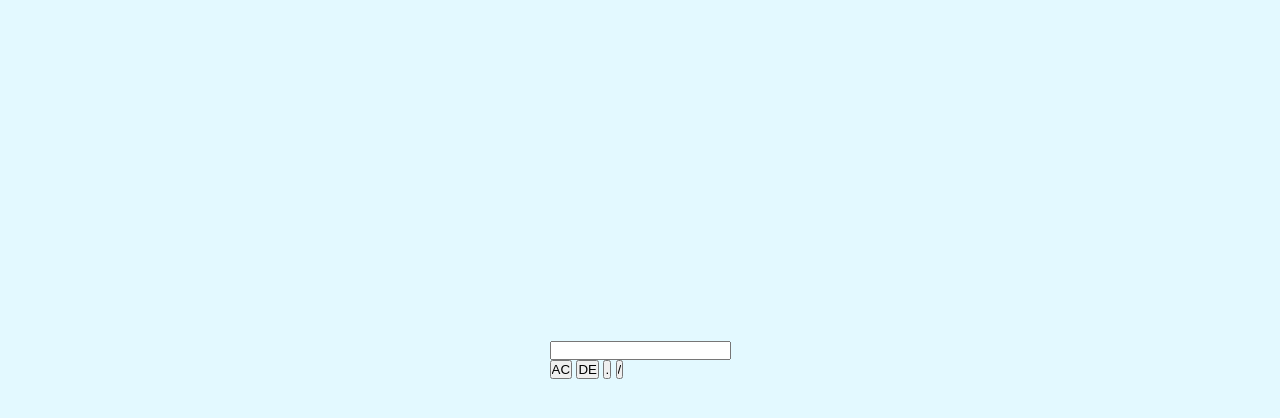
Repository: Anureet23/Calculator
Page: index.html
The author's editor kept a copy of each file at every save. The page is drawn from the files as they stood at one save, then again after a run of saves.
The browser window is 1280 px wide. The pictures show the whole page.

Above is the page before, as saved 2023-02-07 22:45:27.

### index.html
<!DOCTYPE html>
<html>
    <head>
<meta name ="viewport" content="width=device-width,initial-scale=1.0">
<title>Calculator using JavaScript</title>
<link rel="stylesheet" href="style.css">
    </head>
    <body>
<div class="container">
<div class="calculator">
   <form>
       <div>
           <input type="text" name ="display">
       </div>
       <div>
           <input type="button" value="AC">
           <input type="button" value="DE">
           <input type="button" value=".">
           <input type="button" value="/">

       </div>
   </form>
</div>
</div>


    </body>
</html>

### style.css
*{
    margin:0;
    padding:0;
    font-family: 'Poppins',sans-serif;
    box-sizing: border-box;
}

.container{
    width: 100%;
    height:100vh;
    background: #e3f9ff;
    display:flex;
    align-items:center;
    justify-content: center;

}
.calculator{
    background:
}

After the next 2 saves:
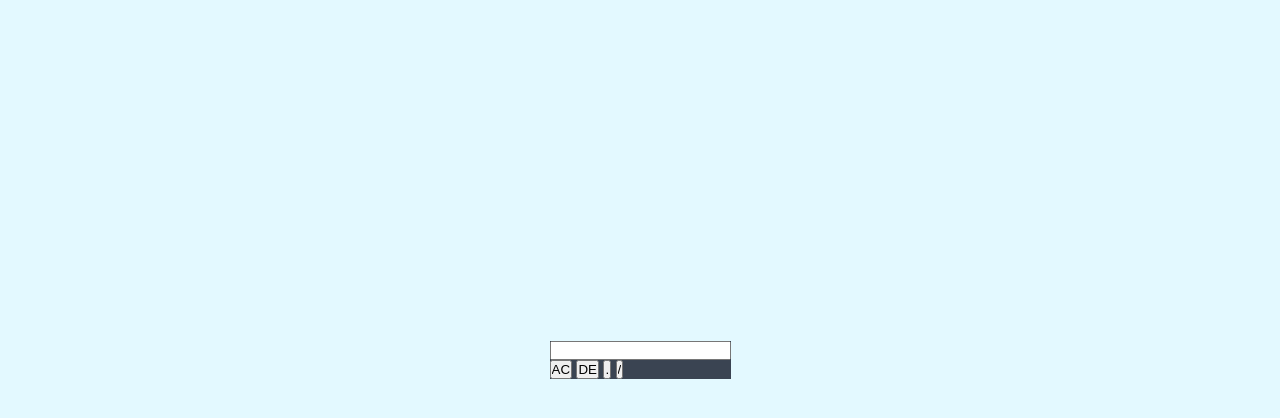
The 2 saves are shown as one change because they came seconds apart.
The last was saved 8 s later.
--- a/style.css
+++ b/style.css
@@ -15,5 +15,5 @@
 
 }
 .calculator{
-    background:
+    background:#3a4452
 }
